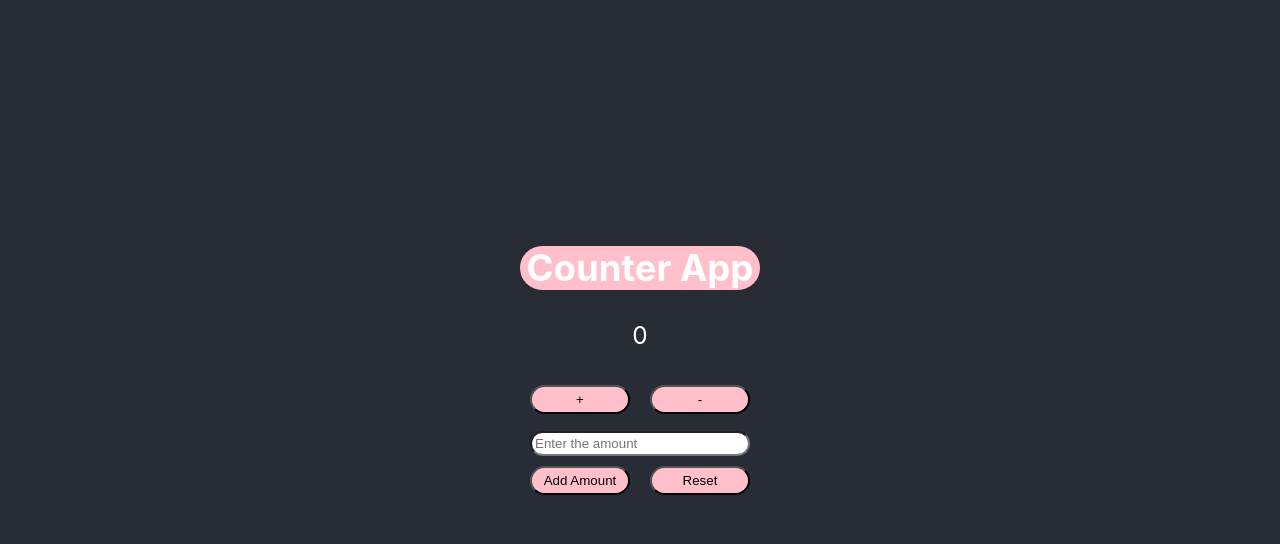
Repository: mahsa199170/React-Redux-Projects
Page: / (app in counter-app-redux-toolkit/)
The author's editor kept a copy of each file at every save. The page is drawn from the files as they stood at one save, then again after the next save.
The browser window is 1280 px wide. The pictures show the whole page.
The project was rebuilt for these pictures with package versions that can differ from the ones it lists, and the page was loaded fresh each time.

Above is the page before, as saved 2024-10-28 15:26:59.

After the next save:
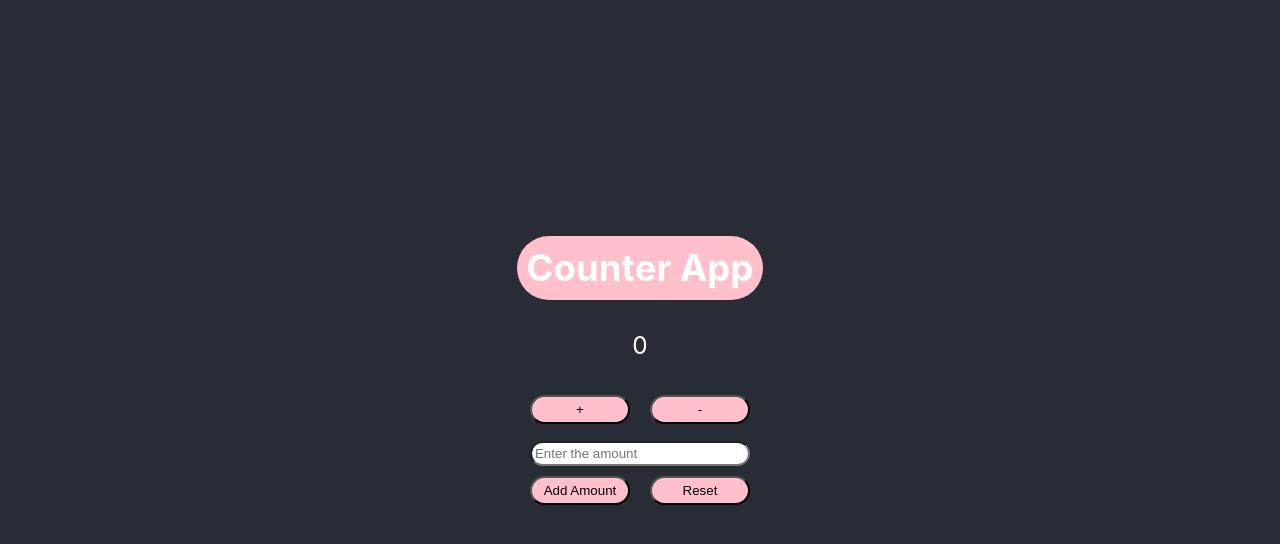
Saved 12 s later.
--- a/counter-app-redux-toolkit/src/components/counter/Counter.js
+++ b/counter-app-redux-toolkit/src/components/counter/Counter.js
@@ -34,7 +34,13 @@ const Counter = () => {
 
   return (
     <section>
-      <h2 style={{ backgroundColor: 'pink ', borderRadius: '50px' }}>
+      <h2
+        style={{
+          backgroundColor: 'pink ',
+          borderRadius: '50px',
+          padding: '10px',
+        }}
+      >
         Counter App
       </h2>
       <p>{number}</p>
